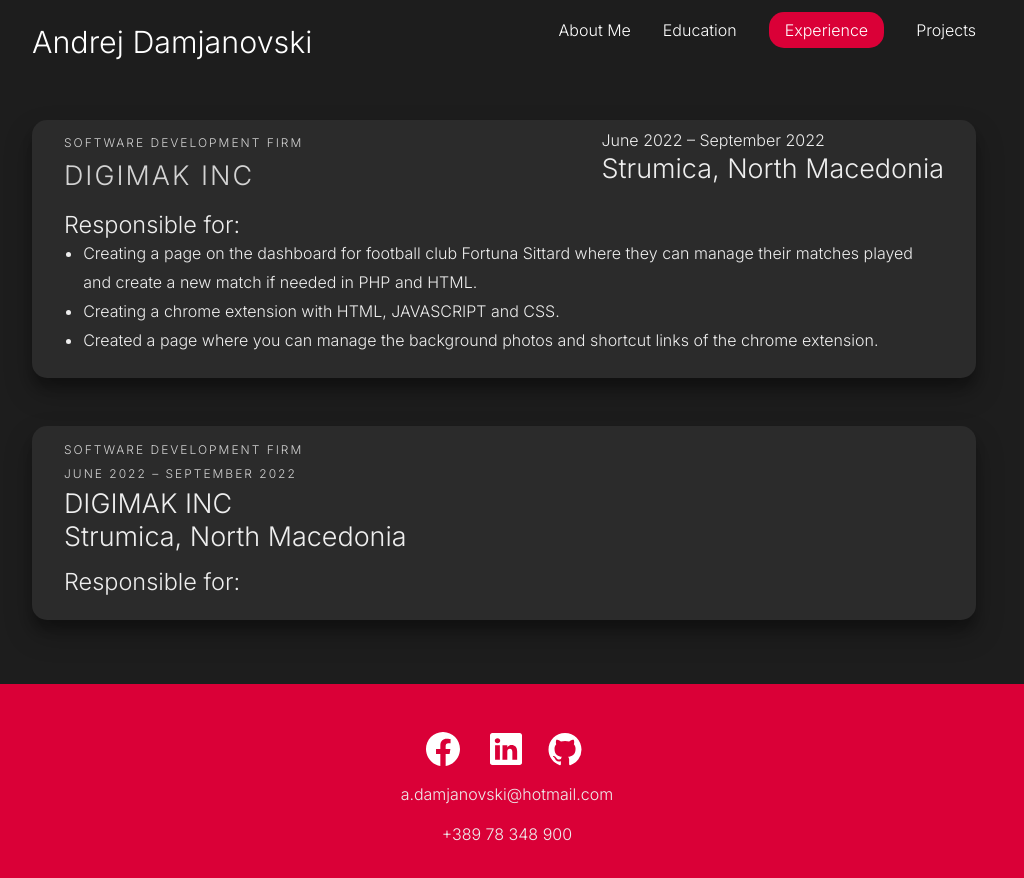
Repository: ADamjanovski/portfolio
Page: experience.html
These files come from the project's save history. The page is drawn as it stood at one moment and after a run of saves; the edit follows.
The browser window is 1024 px wide. The pictures show the whole page.

Above is the page before, as saved 2023-07-03 12:05:59.

### experience.html
<!DOCTYPE html>
<html lang="en">
<head>
    <meta charset="UTF-8">
    <meta name="viewport" content="width=device-width, initial-scale=1.0">
    <title>Experience</title>
    <link rel="preconnect" href="https://fonts.googleapis.com">
    <link rel="preconnect" href="https://fonts.gstatic.com" crossorigin>
    <link href="https://fonts.googleapis.com/css2?family=Inter:wght@300&display=swap" rel="stylesheet">
    <link href="https://cdn.jsdelivr.net/npm/bootstrap@5.3.0/dist/css/bootstrap.min.css" rel="stylesheet" integrity="sha384-9ndCyUaIbzAi2FUVXJi0CjmCapSmO7SnpJef0486qhLnuZ2cdeRhO02iuK6FUUVM" crossorigin="anonymous">
    <link rel="stylesheet" href="style.css">
</head>
<body>
    <div class="navbar">
        <h2><a href="index.html">Andrej Damjanovski</a></h2>
        <div >
            <ul class="navbar-links">
                <li ><a href="aboutme.html" >About Me</a></li>
                <li><a href="education.html">Education</a></li>
                <li><a href="experience.html" class="active">Experience</a></li>
                <li><a href="projects.html">Projects</a></li>
            </ul>
        </div>
        <button class="navbar-toggler icon" type="button" data-bs-toggle="offcanvas" data-bs-target="#offcanvasDarkNavbar" aria-controls="offcanvasDarkNavbar" aria-label="Toggle navigation">
            <span class=""><svg fill="#FFFFFF" xmlns="http://www.w3.org/2000/svg"  viewBox="0 0 50 50" width="30px" height="30px" ><path d="M 0 9 L 0 11 L 50 11 L 50 9 Z M 0 24 L 0 26 L 50 26 L 50 24 Z M 0 39 L 0 41 L 50 41 L 50 39 Z"/></svg></span>
          </button>
    </div>
    <div class="offcanvas offcanvas-end text-bg-dark" tabindex="-1" id="offcanvasDarkNavbar" aria-labelledby="offcanvasDarkNavbarLabel">
        <div class="offcanvas-header color flex-end">
            <button type="button" class="btn-close btn-close-white" data-bs-dismiss="offcanvas" aria-label="Close"></button>
        </div>
        <div class="offcanvas-body color">
            <ul class="navbar-nav justify-content-end flex-grow-1 pe-3">
                <li class="nav-item">
                  <a class=" margin nav-link " aria-current="page" href="aboutme.html">About Me</a>
                </li>
                <li class="margin nav-item">
                  <a class="nav-link " href="education.html">Education</a>
                </li>
                <li class=" nav-item">
                    <a class="nav-link active" href="experience.html">Experience</a>
                </li>
                <li class="margin nav-item">
                <a class="nav-link" href="projects.html">Projects</a>
                </li>
            </ul>
        </div>
    </div>
    <div class="job-description">
        <div class="job-header">
            <div class="role">
                <p class="my-role">Software Development Firm</p>
                <h3>DIGIMAK INC</h3>
            </div>
            <div class="Company-details">
                <p>June 2022 – September 2022</p>
                <h3>Strumica, North Macedonia</h3>
            </div>
        </div>
        <div class="responsible">
            <h4>Responsible for:</h4>
            <ul>
                <li>Creating a page on the dashboard for football club Fortuna Sittard where they can manage their matches played and create a new match if needed in PHP and HTML.</li>
                <li>Creating a chrome extension with HTML, JAVASCRIPT and CSS.</li>
                <li>Created a page where you can manage the background photos and shortcut links of the chrome extension.</li>
            </ul>

        </div>
    </div>
    <div class="job-description">
        <div class="role">
            <p class="my-role">Software Development Firm</p>
            <p>June 2022 – September 2022</p>
        </div>
        <div class="Company-details">
            <h3>DIGIMAK INC</h3>
            <h3>Strumica, North Macedonia</h3>
        </div>

        <div class="responsible">
            <h4>Responsible for:</h4>
        </div>
    </div>
    <footer>
        <a href="https://www.facebook.com/andrej.damjanovska"><svg xmlns="http://www.w3.org/2000/svg" width="50" height="34" fill="currentColor" class="bi bi-facebook" viewBox="0 0 16 16">
            <path d="M16 8.049c0-4.446-3.582-8.05-8-8.05C3.58 0-.002 3.603-.002 8.05c0 4.017 2.926 7.347 6.75 7.951v-5.625h-2.03V8.05H6.75V6.275c0-2.017 1.195-3.131 3.022-3.131.876 0 1.791.157 1.791.157v1.98h-1.009c-.993 0-1.303.621-1.303 1.258v1.51h2.218l-.354 2.326H9.25V16c3.824-.604 6.75-3.934 6.75-7.951z"/>
          </svg></a>
        <a  href="https://www.linkedin.com/in/andrej-damjanovski"><svg xmlns="http://www.w3.org/2000/svg" width="50" height="32" fill="currentColor" class="bi bi-linkedin linkedin" viewBox="0 0 16 16">
            <path d="M0 1.146C0 .513.526 0 1.175 0h13.65C15.474 0 16 .513 16 1.146v13.708c0 .633-.526 1.146-1.175 1.146H1.175C.526 16 0 15.487 0 14.854V1.146zm4.943 12.248V6.169H2.542v7.225h2.401zm-1.2-8.212c.837 0 1.358-.554 1.358-1.248-.015-.709-.52-1.248-1.342-1.248-.822 0-1.359.54-1.359 1.248 0 .694.521 1.248 1.327 1.248h.016zm4.908 8.212V9.359c0-.216.016-.432.08-.586.173-.431.568-.878 1.232-.878.869 0 1.216.662 1.216 1.634v3.865h2.401V9.25c0-2.22-1.184-3.252-2.764-3.252-1.274 0-1.845.7-2.165 1.193v.025h-.016a5.54 5.54 0 0 1 .016-.025V6.169h-2.4c.03.678 0 7.225 0 7.225h2.4z"/>
          </svg></a>
        <a href="https://github.com/ADamjanovski"><svg xmlns="http://www.w3.org/2000/svg" width="60" height="33" fill="currentColor" class="bi bi-github" viewBox="0 0 16 16">
            <path d="M8 0C3.58 0 0 3.58 0 8c0 3.54 2.29 6.53 5.47 7.59.4.07.55-.17.55-.38 0-.19-.01-.82-.01-1.49-2.01.37-2.53-.49-2.69-.94-.09-.23-.48-.94-.82-1.13-.28-.15-.68-.52-.01-.53.63-.01 1.08.58 1.23.82.72 1.21 1.87.87 2.33.66.07-.52.28-.87.51-1.07-1.78-.2-3.64-.89-3.64-3.95 0-.87.31-1.59.82-2.15-.08-.2-.36-1.02.08-2.12 0 0 .67-.21 2.2.82.64-.18 1.32-.27 2-.27.68 0 1.36.09 2 .27 1.53-1.04 2.2-.82 2.2-.82.44 1.1.16 1.92.08 2.12.51.56.82 1.27.82 2.15 0 3.07-1.87 3.75-3.65 3.95.29.25.54.73.54 1.48 0 1.07-.01 1.93-.01 2.2 0 .21.15.46.55.38A8.012 8.012 0 0 0 16 8c0-4.42-3.58-8-8-8z"/>
          </svg></a>
        <p class="email">a.damjanovski@hotmail.com</p>
        <p>+389 78 348 900</p>
    </footer>
    <script src="https://cdn.jsdelivr.net/npm/bootstrap@5.3.0/dist/js/bootstrap.bundle.min.js" integrity="sha384-geWF76RCwLtnZ8qwWowPQNguL3RmwHVBC9FhGdlKrxdiJJigb/j/68SIy3Te4Bkz" crossorigin="anonymous"></script>

</body>
</html>

### style.css
body{
    background-color: #1D1D1D;
    color:rgb(238, 238, 238);
    height: 70vh;
    overflow-x:hidden;
}
*{
    font-family: 'Outfit','Inter', sans-serif;
}
a{
    text-decoration: none;
    color:white;
}
.home-body{
    background-color: #2b2b2b;
    display: flex;
    justify-content: space-around;
    height: inherit;
    align-items: center;
    margin:0rem 3rem 0rem 3rem;
    border-radius: 15px;
    box-shadow: rgba(0, 0, 0, 0.25) 0px 14px 28px, rgba(0, 0, 0, 0.22) 0px 10px 10px;;
}
#programmer-img{
    width: 500px;
}

#home-name{
    margin-top: 7rem;
    text-align: center;

}
.navbar{
    display: flex;
    height: 10vh;
    justify-content: space-between;
}
.navbar h2{
    margin-left: 2rem;
    margin-top:1rem;
}
.navbar-links{

    margin-right: 3rem;
    display: flex;
    gap: 2rem;
    list-style-type: none;
    font-size: 1rem;
    justify-content: space-around;
}
#personalimg{

    border-radius: 50%;
}
.aboutme-body{
    margin: 3rem;
    display: flex;
    justify-content:space-around;

}
.text{
    padding: 3rem 5rem 5rem 0rem;
    background-color: #2b2b2b;
    margin-right: 7rem;
    border-radius: 15px;
    font-size: 1rem;
    line-height: 2;
    text-align: justify;
    box-shadow: rgba(0, 0, 0, 0.25) 0px 14px 28px, rgba(0, 0, 0, 0.22) 0px 10px 10px;;
}
.aboutme-body p{
    margin-left: 3rem;
}
footer{
    margin-top:4rem;
    background-color: #DA0037;
    width: 99vw;
    padding-top: 3rem;
    padding-bottom: 1rem;
    text-align: center;
    box-shadow: 0 50vh 0 50vh #DA0037;
    align-content: center;
}
.linkedin{
    margin-left:.5rem;
}
.active{
    border-radius: 15px;
    padding: .5rem;
    padding-inline: 1rem;
    background-color: #DA0037;
}

.education-body{
    background-color: #2b2b2b;
    margin: 1rem 3rem 1rem 2rem;
    padding: 1rem 0rem 3rem 3rem;
    border-radius: 15px;
    line-height: 2;
    box-shadow: rgba(0, 0, 0, 0.25) 0px 14px 28px, rgba(0, 0, 0, 0.22) 0px 10px 10px;;
}
.Company-details{


}

.job-description{
    margin:3rem 3rem 0rem 2rem;
    background-color: #2b2b2b;
    padding:.5rem 2rem 1.5rem 2rem;
    border-radius: 15px;
    box-shadow: rgba(0, 0, 0, 0.25) 0px 14px 28px, rgba(0, 0, 0, 0.22) 0px 10px 10px;;
}

.job-header{
    display: flex;
    justify-content: space-between;
}
.role{

    text-transform: uppercase;
    margin-bottom: 0px;
    padding-bottom: 0px;
}
.Company-details *{
    padding:0px;
    margin:0px;
}

.job-description *{
    padding:0px;
    margin:0px;
}
.role *{
    color :lightgrey;
    letter-spacing: 2px;

    padding:0rem;
    margin:.4rem 0 0.25rem 0;
}

.role > p {
    font-size:0.75rem;
}

.responsible{
    line-height: 1.8rem;
    margin-top: 1rem;
}

.project{
    display: flex;
    align-items: center;
    justify-content: space-between;
    margin:3rem 3rem 3rem 2rem;
    background-color: #2b2b2b;
    padding:.5rem 2rem 1.5rem 2rem;
    border-radius: 15px;
    box-shadow: rgba(0, 0, 0, 0.25) 0px 14px 28px, rgba(0, 0, 0, 0.22) 0px 10px 10px;;
}
.project-details{
    display: flex;
    justify-content: space-between;
}

.project-logo{
    margin-right: 4rem;
}
.icon{

    display: none;
    border-color: rgb(238, 238, 238);
}

@media screen and (max-width: 850px) {

    .navbar-links{
        display: none;
    }

    .icon{
        display: flex;
        margin-right: 3rem;
    }
    .active{
        display: inline-block;
        margin-top:.4rem;

    }
    .margin{
        margin-left: 1rem;
    }

}
@media screen and (max-width:1030px) {
    .aboutme-body{
        width: 100%;
        flex-direction: column-reverse;
        align-items: center;
        gap:3rem;
    }
    #personalimg{
        align-self:center;
        margin-right: 5rem;
    }
    .project-logo{
        margin-right: 2rem;
        margin-left: 1rem;
    }
    .flex-header

}
.color{
    background-color: #2b2b2b;
}
.email{
    margin-top:1rem;
}
.responsible ul{
    margin-left: 1.2rem;
}
.flex-end{
    display: flex;
    justify-content: flex-end;
    padding-right: 1.5rem;
}

After the next 2 saves:
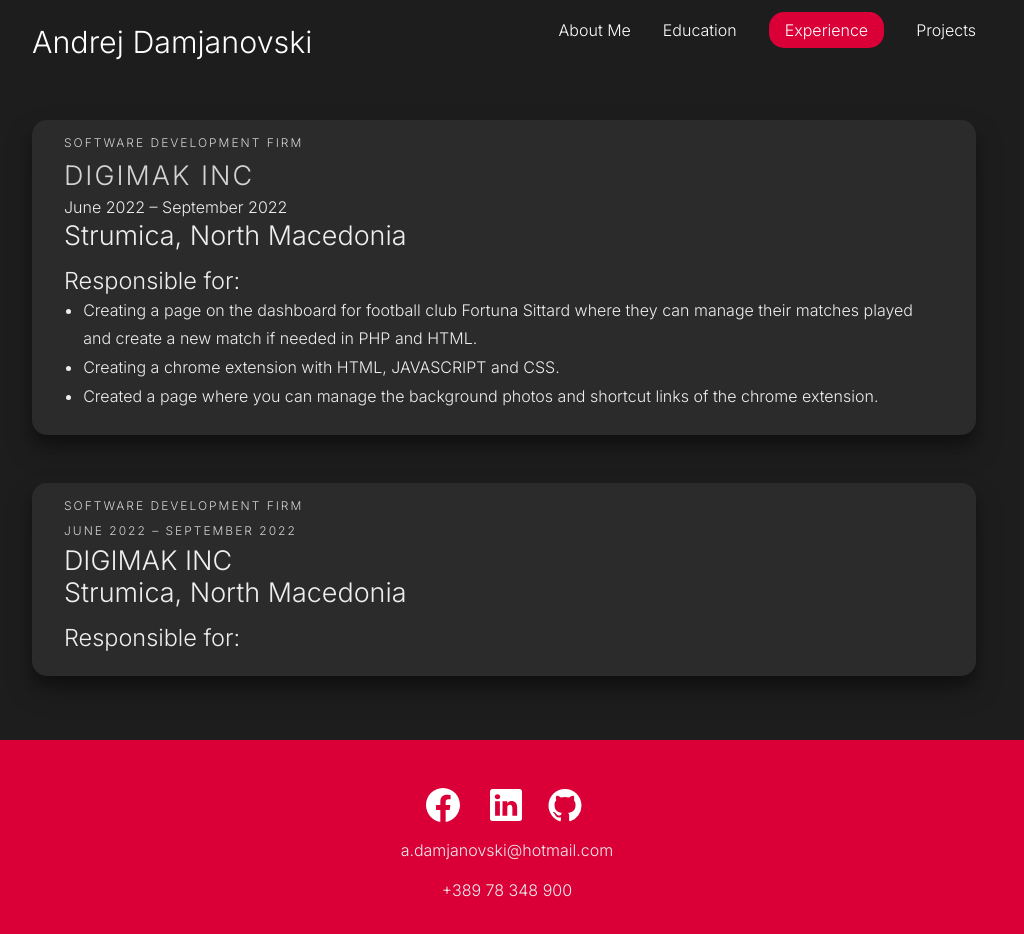
The 2 saves are shown as one change because they came seconds apart.
The last was saved 8 s later.
--- a/style.css
+++ b/style.css
@@ -207,7 +207,9 @@
         margin-right: 2rem;
         margin-left: 1rem;
     }
-    .flex-header
+    .job-header{
+        flex-direction: column;
+    }
 
 }
 .color{
